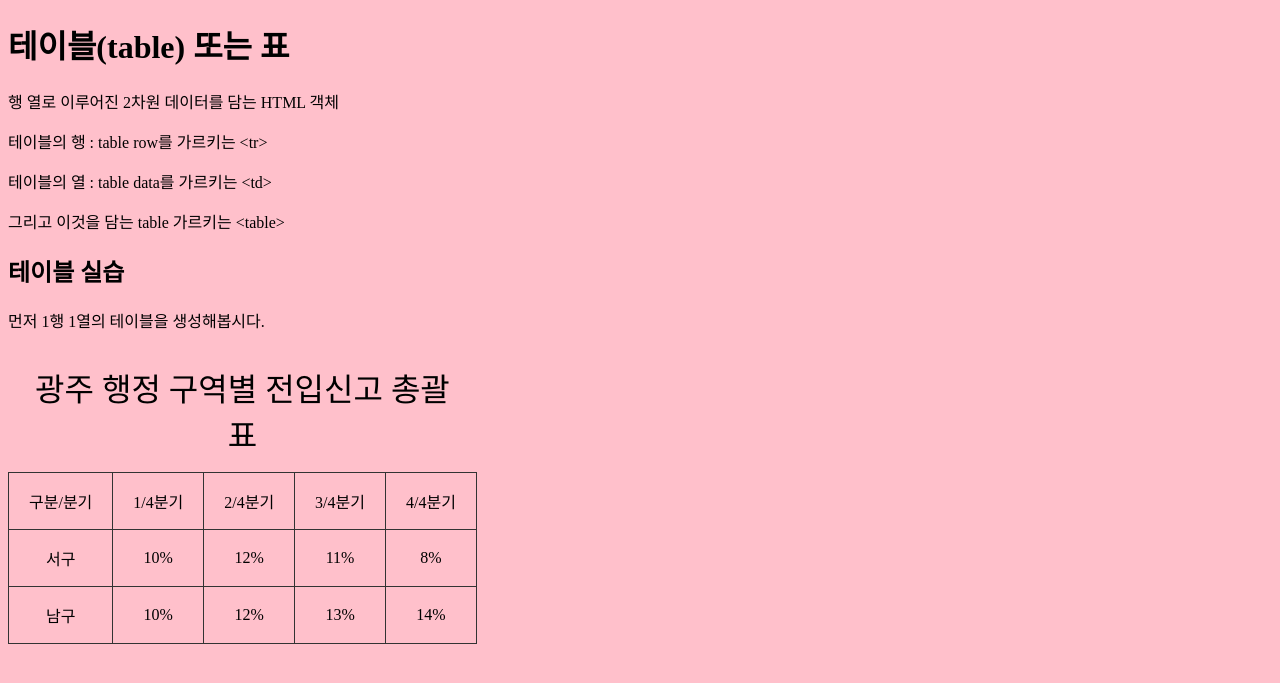
Repository: kmh9964/view
Page: workspace/studyhtml5/src/main/webapp/docs/first.html
These files come from the project's save history. The page is drawn as it stood at one moment and after the next save; the edit follows.
The browser window is 1280 px wide. The pictures show the whole page.

Above is the page before, as saved 2022-12-15 06:42:03.

### workspace/studyhtml5/src/main/webapp/docs/first.html
<!doctype html>
<html lang="en">
<head>
<meta charset="UTF-8" />
<title>표</title>
<link rel="stylesheet" href="../css/main.css" />
</head>
<body>
	<h1>테이블(table) 또는 표</h1>
	<p>행 열로 이루어진 2차원 데이터를 담는 HTML 객체<p>
	<p>테이블의 행 : table row를 가르키는 &lt;tr&gt;</p> <!-- &은 그냥 특수 문자,lt 작다,gt는 크다라는 뜻 -->
	<p>테이블의 열 : table data를 가르키는 &lt;td&gt;</p>
	<p>그리고 이것을 담는 table 가르키는 &lt;table&gt;</p>
	<h2>테이블 실습</h2>
	<p>먼저 1행 1열의 테이블을 생성해봅시다.</p>

	<table>
		<caption>광주 행정 구역별 전입신고 총괄표</caption> <!-- 테이블 이름 넣어줄때 -->
		<tr> <!-- 행 -->
			<td>구분/분기</td><td>1/4분기</td><td>2/4분기</td><td>3/4분기</td><td>4/4분기</td> <!-- 열 -->
		</tr>
		<tr> <!-- 행 -->
			<td>서구</td><td>10%</td><td>12%</td><td>11%</td><td>8%</td> <!-- 열 -->
		</tr>
		<tr> <!-- 행 -->
			<td>남구</td><td>10%</td><td>12%</td><td>13%</td><td>14%</td> <!-- 열 -->
		</tr>
	</table>



</body>
</html>

### workspace/studyhtml5/src/main/webapp/css/main.css
@charset "UTF-8";

body {
	background: pink;
}

/* css 선택자
		-- 자주 쓰는것 : 1~5
		1)공용 선택자 : *
		2) 태그 선택자 :p
		3)클래스 선택자 : .text
		4) 아이디 선택자 :




*/

table, td {
		border :  1px solid #333;   /* 선의 두께, 선의 종류, 선의 색상 */
		border-collapse: collapse;  /* 테두리-겹침: 겹쳐라 */
}
td{
	padding: 1rem 1.250rem; /* 패딩(=안여백): 상하 1rem , 좌우 1.250rem */
	text-align: center;     /* 열(td) 정렬 */
}
caption{
	margin : 1rem;/*마진(=바깥여백) : 상,하,좌,우 모두 적용*/
	font-size :  2rem; /*글자크기 : 기본값의 2배수(기본값이 16px인데 그것의2배 크기로 하란소리)*/
}

After the next save:
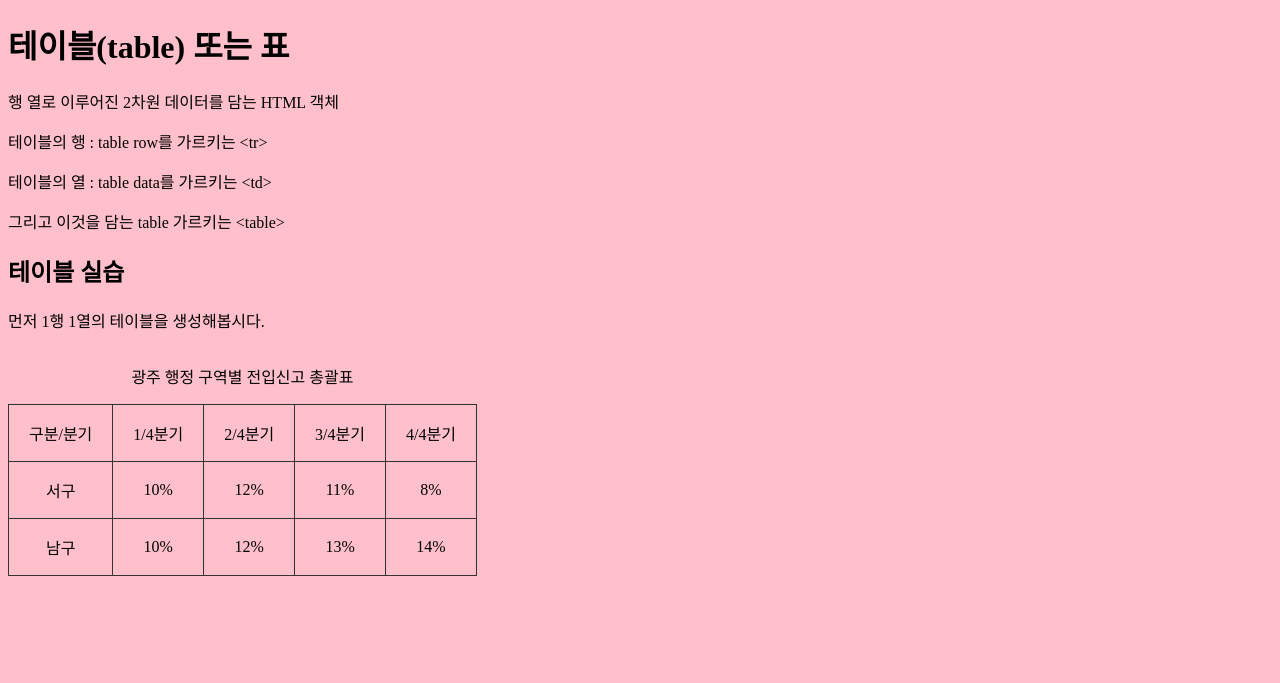
Saved 11 s later.
--- a/workspace/studyhtml5/src/main/webapp/css/main.css
+++ b/workspace/studyhtml5/src/main/webapp/css/main.css
@@ -26,5 +26,5 @@ td{
 }
 caption{
 	margin : 1rem;/*마진(=바깥여백) : 상,하,좌,우 모두 적용*/
-	font-size :  2rem; /*글자크기 : 기본값의 2배수(기본값이 16px인데 그것의2배 크기로 하란소리)*/
+	font-size :  1rem; /*글자크기 : 기본값의 2배수(기본값이 16px인데 그것의2배 크기로 하란소리)*/
 }
